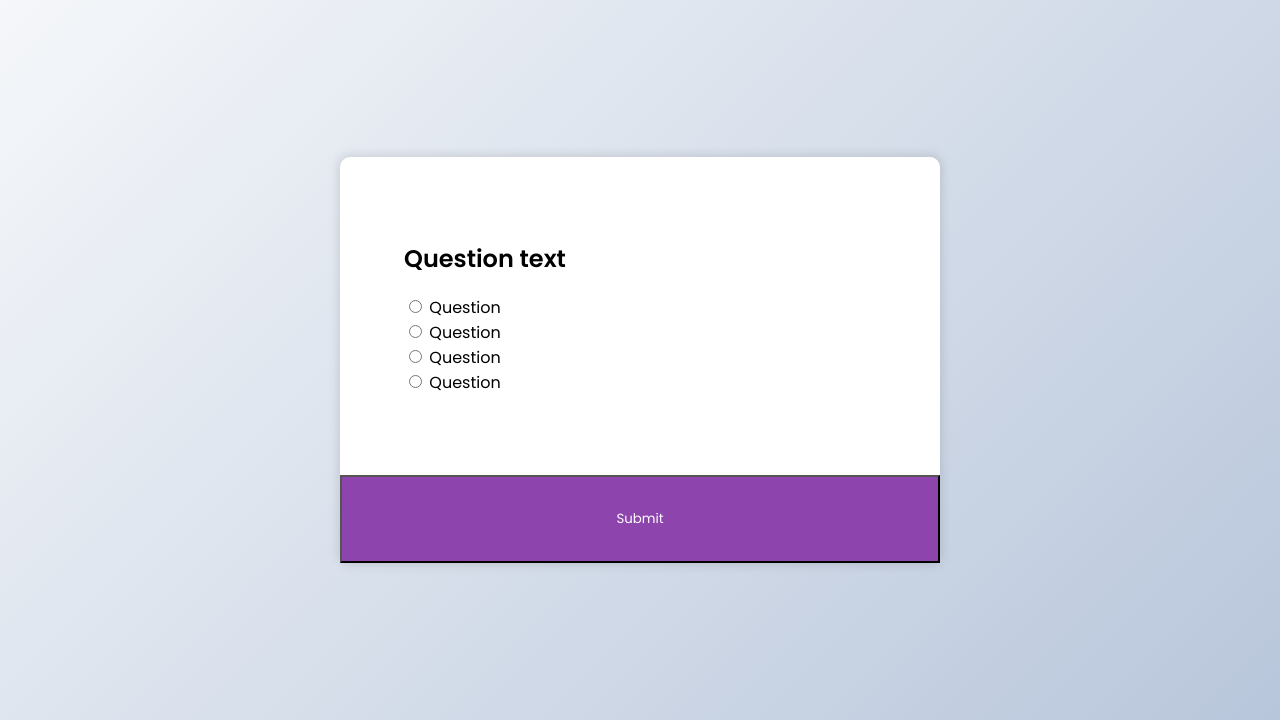
Repository: kate30980/projects-js-practice
Page: quiz-app/index.html
These files come from the project's save history. The page is drawn as it stood at one moment and after a run of saves; the edit follows.
The browser window is 1280 px wide. The pictures show the whole page.

Above is the page before, as saved 2021-09-05 22:05:25.

### quiz-app/index.html
<!DOCTYPE html>
<html lang="en">

<head>
    <meta charset="UTF-8" />
    <meta name="viewport" content="width=device-width, initial-scale=1.0" />
    <title>Title</title>
    <link rel="stylesheet" href="style.css" />
    <script src="script.js" defer></script>
</head>

<body>
    <div class="quiz-container">
        <div class="quiz-header">
            <h2>Question text</h2>
            <ul>
                <li>
                    <input type="radio" id="a" name="answer">
                    <label for="a">Question</label>
                </li>
                <li>
                    <input type="radio" id="b" name="answer">
                    <label for="b">Question</label>
                </li>
                <li>
                    <input type="radio" id="c" name="answer">
                    <label for="c">Question</label>
                </li>
                <li>
                    <input type="radio" id="d" name="answer">
                    <label for="d">Question</label>
                </li>
            </ul>
        </div>
        <button>Submit</button>
    </div>
</body>

</html>

### quiz-app/style.css
@import url("https://fonts.googleapis.com/css2?family=Poppins:wght@200;400;600&display=swap");

* {
    box-sizing: border-box;
}

body {
    background-color: #b8c6db;
    background-image: linear-gradient(315deg,#b8c6db, #f5f7fa 100%);
    font-family: "Poppins", sans-serif;
    margin: 0;
    min-height: 100vh;

    display: flex;
    align-items: center;
    justify-content: center;

}

.quiz-container{
    background-color: #fff;
    width: 400px;
    border-radius: 10px;
    box-shadow: rgba(100, 100, 100, 0.2) 0px 0 10px 2px;
    width: 600px;
    max-width: 100%;
}
.quiz-header{
    padding: 4rem;
}
ul{
    list-style-type: none;
    padding: 0;
}
button{
    background-color:#8e44ad;
    display: block;
    width: 100%;
    padding: 2rem;
    color: white;
    font-family: inherit;
}

### quiz-app/script.js
const quizData = [
  {
    question: "How old is Kate?",
    a: "10",
    b: "17",
    c: "21",
    d: "20",
    correct: "c",
  },
  {
    question: "What is the best programming language?",
    a: "Javascript",
    b: "Python",
    c: "C++",
    d: "PHP",
    correct: "a",
  },
  {
    question: "Who is the president of US?",
    a: "Kate Le",
    b: "Donald Trump",
    c: "Barack Obama",
    d: "Bill Clinton",
    correct: "a",
  },
  {
    question: "Kate is the best girl in the world",
    a: "Damn true",
    b: "This is a correct answer",
    c: "Aboslutely",
    d: "Dont need to ask this stupid question",
    correct: "a",
  },
  {
    question: "What year was Javascript launch",
    a: "2020",
    b: "2019",
    c: "1995",
    d: "None of the above",
    correct: "c",
  },
];

After the next 2 saves:
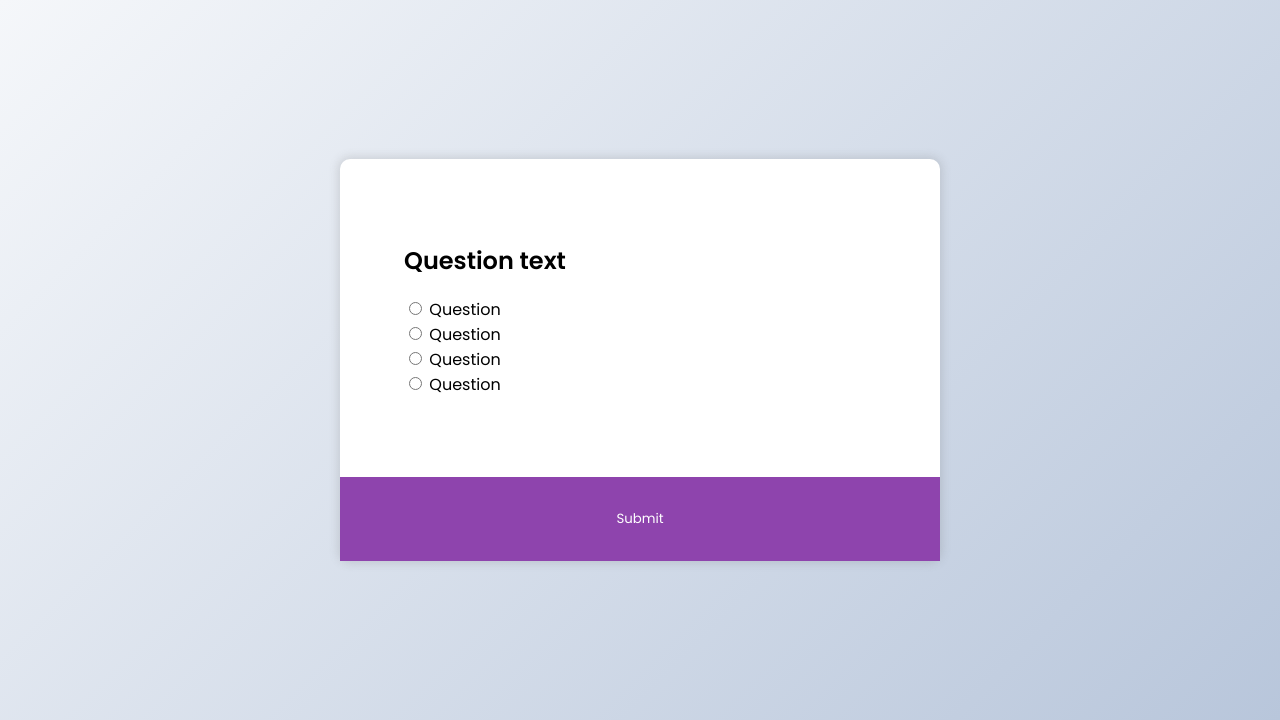
The 2 saves are shown as one change because they came seconds apart.
The last was saved 41 s later.
--- a/quiz-app/style.css
+++ b/quiz-app/style.css
@@ -39,4 +39,6 @@ button{
     padding: 2rem;
     color: white;
     font-family: inherit;
+    border:none;
+    fz1.5re
 }
